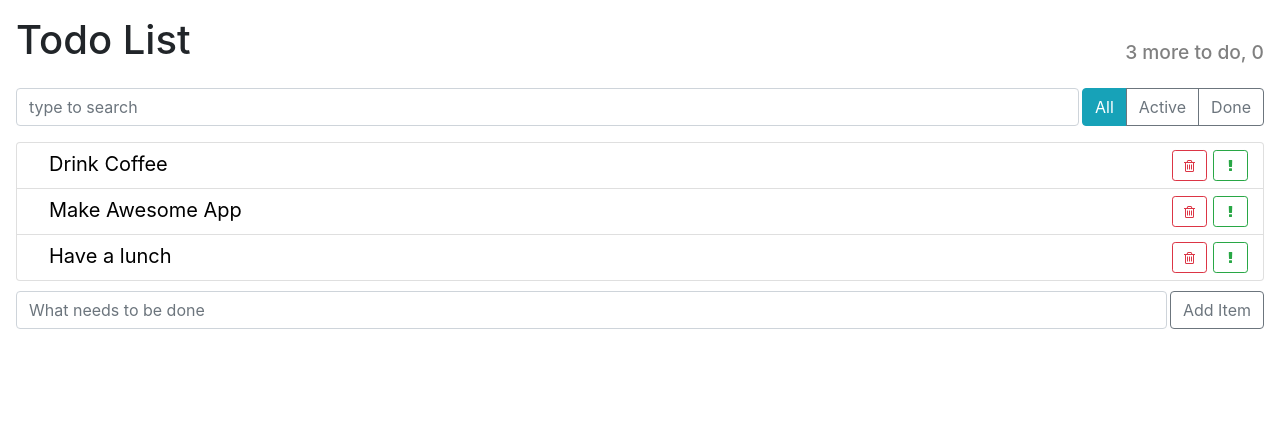
Repository: max535/react-todo-list
Page: /
These files come from the project's save history. The page is drawn as it stood at one moment and after the next save; the edit follows.
The browser window is 1280 px wide. The pictures show the whole page.
The project was rebuilt for these pictures with package versions that can differ from the ones it lists, and the page was loaded fresh each time.

Above is the page before, as saved 2022-01-17 02:14:41.

### public/index.html
<!DOCTYPE html>
<html>
  <head>
    <meta charset="utf-8" />
    <meta
        name="viewport"
        content="width=device-width, initial-scale=1">
    <link rel="stylesheet"
          href="https://stackpath.bootstrapcdn.com/font-awesome/4.7.0/css/font-awesome.min.css">
    <link rel="stylesheet"
          href="https://stackpath.bootstrapcdn.com/bootstrap/4.1.3/css/bootstrap.min.css">
    <title>Todo App</title>
  </head>
  <body>
      <div id="root"></div>
  </body>
</html>

### src/index.js
import React from 'react';
import ReactDOM from 'react-dom';

import { App } from './components/App';

ReactDOM.render(<App />, document.getElementById('root'));

### src/components/App/index.jsx
import React from 'react';

import { AppHeader } from '../AppHeader';
import { SearchPanel } from '../SearchPanel';
import { TodoList } from '../TodoList';
import { ItemStatusFilter } from '../ItemStatusFilter/index.jsx';
import { ItemAddForm } from '../ItemAddForm';

import './App.css';

export class App extends React.Component {
    maxId = 100;

    state = {
        todoData: [
            this.createTodoItem('Drink Coffee'),
            this.createTodoItem('Make Awesome App'),
            this.createTodoItem('Have a lunch'),
        ],
    };

    createTodoItem(label) {
        return {
            label,
            important: false,
            done: false,
            id: this.maxId++,
        }
    }

    deleteItem = (id) => {
        this.setState(({todoData}) => {
            const idx = todoData.findIndex((el) => el.id === id);

            const newArray = [
                ...todoData.slice(0, idx),
                ...todoData.slice(idx + 1),
            ];

            return {
                todoData: newArray,
            };
        });
    };

    addItem = (text) => {
        const newItem = this.createTodoItem(text);

        this.setState(({todoData}) => {
            const newArr = [
                ...todoData,
                newItem,
            ];

            return {
                todoData: newArr,
            };
        });
    };

    toggleProperty(arr, id, propName) {
        const idx = arr.findIndex((el) => el.id === id);

        const oldItem = arr[idx];
        const newItem = {...oldItem, [propName]: !oldItem[propName]};

        return [
            ...arr.slice(0, idx),
            newItem,
            ...arr.slice(idx + 1),
        ];
    }

    onToggleDone = (id) => {
        this.setState(({todoData}) => {
            return {
                todoData: this.toggleProperty(todoData, id, 'done'),
            };
        });
    };

    onToggleImportant = (id) => {
        this.setState(({todoData}) => {
            return {
                todoData: this.toggleProperty(todoData, id, 'important'),
            };
        });
    };

    render() {
        const {todoData} = this.state;
        const doneCount = todoData.filter((el) => el.done).length;
        const todoCount = todoData.length - doneCount;

        return (
            <div className="todo-app">
                <AppHeader toDo={todoCount} done={doneCount} />
                <div className="top-panel d-flex">
                    <SearchPanel />
                    <ItemStatusFilter />
                </div>

                <TodoList
                    todos={todoData}
                    onDeleted={this.deleteItem}
                    onToggleImportant={this.onToggleImportant}
                    onToggleDone={this.onToggleDone}
                />

                <ItemAddForm onItemAdded={this.addItem} />
            </div>
        );
    }
}

### src/components/AppHeader.jsx
import React from 'react';

import './AppHeader.css';

export const AppHeader = ({toDo, done}) => {
    return (
        <div className="app-header d-flex">
            <h1>Todo List</h1>
            <h2>{toDo} more to do, {done}</h2>
        </div>
    );
};

### src/components/SearchPanel.jsx
import React from 'react';

import './SearchPanel.css';

export const SearchPanel = () => {
    return (
        <input
            type="text"
            className="form-control search-input"
            placeholder="type to search"
        />
    );
}

### src/components/TodoList.jsx
import React from 'react';

import { TodoListItem } from './TodoListItem';

import './TodoList.css';

export const TodoList = ({todos}) => {

    const elements = todos.map((item) => {
        const {id, ...itemProps} = item;

        return (
            <li key={id} className="list-group-item">
                <TodoListItem {...itemProps} />
            </li>
        );
    });

    return (
        <ul className="list-group todo-list">
            {elements}
        </ul>
    );
};

### src/components/ItemStatusFilter/index.jsx
import React from 'react';

import './ItemStatusFilter.css';

export class ItemStatusFilter extends React.Component {

    render() {
        return (
            <div className="btn-group">
                <button type="button"
                        className="btn btn-info">All</button>
                <button type="button"
                        className="btn btn-outline-secondary">Active</button>
                <button type="button"
                        className="btn btn-outline-secondary">Done</button>
            </div>
        );
    }
}

// export const ItemStatusFilter = () => {
//     return (
//         <div className="btn-group">
//             <button type="button"
//                     className="btn btn-info">All</button>
//             <button type="button"
//                     className="btn btn-outline-secondary">Active</button>
//             <button type="button"
//                     className="btn btn-outline-secondary">Done</button>
//         </div>
//     );
// };

### src/components/ItemAddForm/index.jsx
import React from 'react';

import './ItemAddForm.css';

export class ItemAddForm extends React.Component {
    state = {
        label: '',
    };

    onLabelChange = (e) => {
        this.setState({
            label: e.target.value,
        });

    };

    onSubmit = (e) => {
        this.props.onItemAdded(this.state.label);
        e.preventDefault();
        this.setState({
            label: '',
        });
    };

    render() {
        return (
            <form
                className="item-add-form d-flex"
                onSubmit={this.onSubmit}
            >
                <input
                    type="text"
                    className="form-control"
                    onChange={this.onLabelChange}
                    placeholder="What needs to be done"
                    value={this.state.label}
                />
                <button className="btn btn-outline-secondary">Add Item</button>
            </form>
        );
    }
};

### src/components/App/App.css
.todo-app {
    margin: 1rem;

}

.top-panel {
    margin: 1rem 0;
}

### src/components/SearchPanel.css
.search-input {
    width: auto;
    flex-grow: 1;
    margin-right: 3px;
}

### src/components/TodoListItem.jsx
import React from 'react';

import './TodoListItem.css';

export const TodoListItem = ({label, important = false}) => {

    const style = {
        color: important ? 'tomato' : 'black',
        fontWeight: important ? 'bold' : 'normal'
    };

    return (
        <span className="todo-list-item">
            <span
                className="todo-list-item-label"
                style={style}
            >
                {label}
            </span>

            <button
                type="button"
                className="btn btn-outline-success btn-sm float-right"
            >
                <i className="fa fa-exclamation" />
            </button>

            <button
                type="button"
                className="btn btn-outline-danger btn-sm float-right"
            >
                <i className="fa fa-trash-o" />
            </button>
        </span>
    );
};

### src/components/ItemAddForm/ItemAddForm.css
.item-add-form {
    margin-top: 10px;
}

.item-add-form input {
    margin-right: 3px;
}

Loaded but not shown: src/components/AppHeader.css (common file); src/components/TodoList.css (common file); src/components/TodoListItem.css (common file); src/components/ItemStatusFilter/ItemStatusFilter.css (no stored copy; drawn as an empty file)

After the next save:
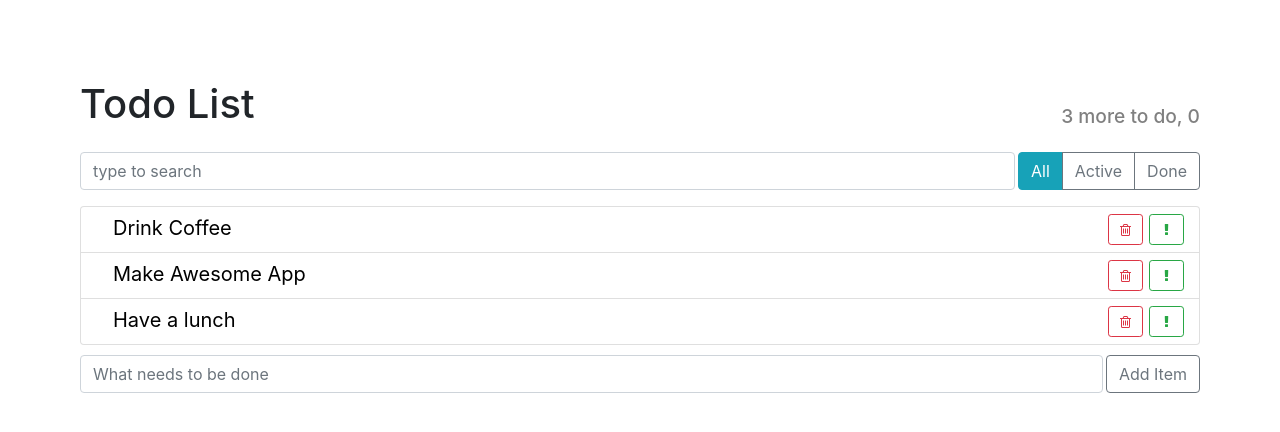
Saved 9 s later.
--- a/src/components/App/App.css
+++ b/src/components/App/App.css
@@ -1,5 +1,5 @@
 .todo-app {
-    margin: 1rem;
+    margin: 5rem;
 
 }
 

After the save that followed:
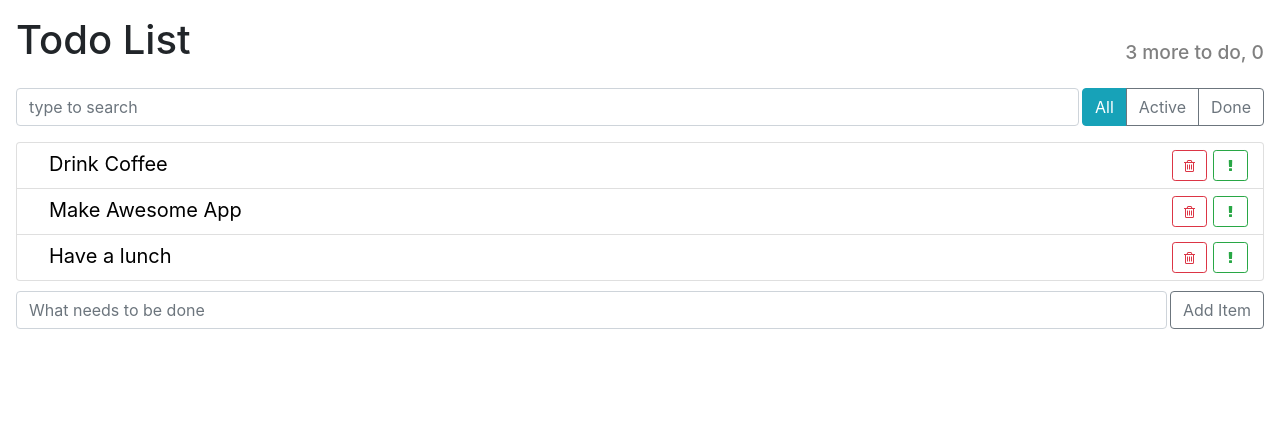
Saved 5 s later.
--- a/src/components/App/App.css
+++ b/src/components/App/App.css
@@ -1,5 +1,5 @@
 .todo-app {
-    margin: 5rem;
+    margin: 1rem;
 
 }
 
